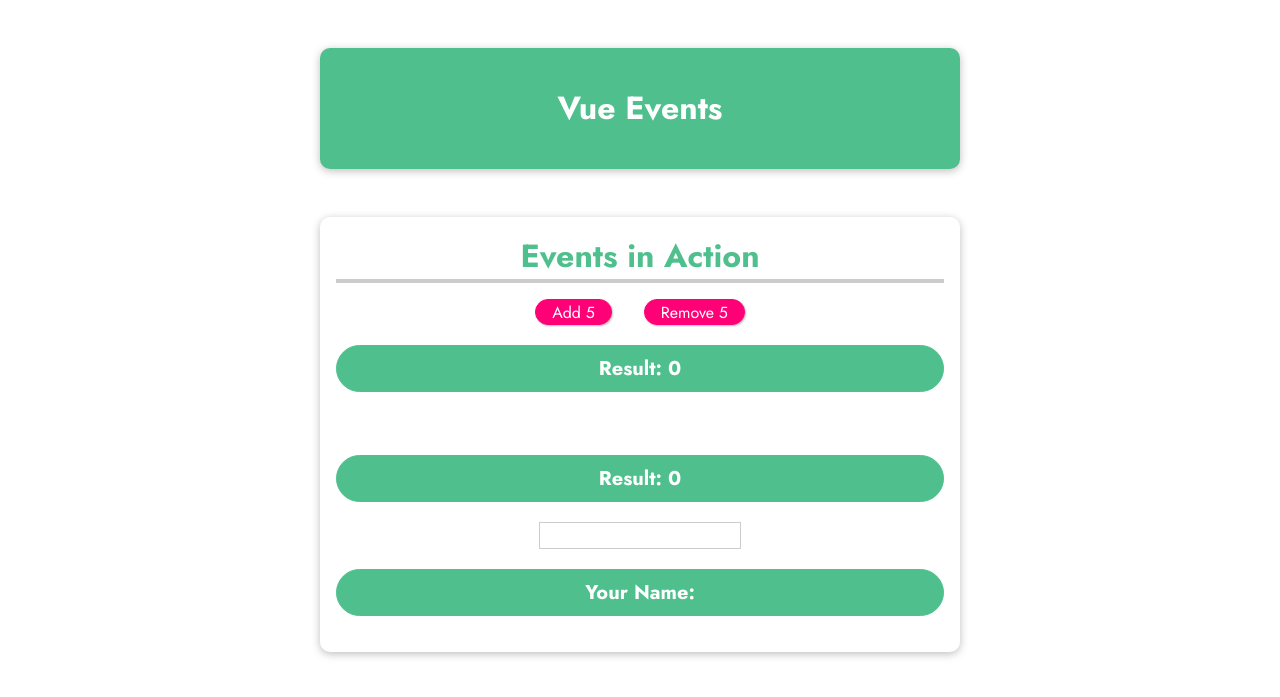
Repository: zmarkoni/Vue-The-Complete-Guide
Page: basics-03-events-starting-code/index.html
The author's editor kept a copy of each file at every save. The page is drawn from the files as they stood at one save, then again after the next save.
The browser window is 1280 px wide. The pictures show the whole page.

Above is the page before, as saved 2020-12-29 17:48:42.

### basics-03-events-starting-code/index.html
<!DOCTYPE html>
<html lang="en">
  <head>
    <meta charset="UTF-8" />
    <meta name="viewport" content="width=device-width, initial-scale=1.0" />
    <title>Vue Basics</title>
    <link
      href="https://fonts.googleapis.com/css2?family=Jost:wght@400;700&display=swap"
      rel="stylesheet"
    />
    <link rel="stylesheet" href="styles.css" />
    <script src="https://unpkg.com/vue@next" defer></script>
    <script src="app.js" defer></script>
  </head>
  <body>
    <header>
      <h1>Vue Events</h1>
    </header>
    <section id="events">
      <h2>Events in Action</h2>
      <button v-on:click="add(5)">Add 5</button>
      <button v-on:click="reduce(5)">Remove 5</button>
      <p>Result: {{ counter }}</p>
      </br>
      <p>Result: {{ counter }}</p>
      <input type="text" v-on:input="setName">
      <p>Your Name: {{ name }}</p>
    </section>
  </body>
</html>

### basics-03-events-starting-code/styles.css
* {
  box-sizing: border-box;
}

html {
  font-family: 'Jost', sans-serif;
}

body {
  margin: 0;
}

header {
  box-shadow: 0 2px 8px rgba(0, 0, 0, 0.26);
  margin: 3rem auto;
  border-radius: 10px;
  padding: 1rem;
  background-color: #4fc08d;
  color: white;
  text-align: center;
  width: 90%;
  max-width: 40rem;
}

#events {
  box-shadow: 0 2px 8px rgba(0, 0, 0, 0.26);
  margin: 3rem auto;
  border-radius: 10px;
  padding: 1rem;
  text-align: center;
  width: 90%;
  max-width: 40rem;
}

#events h2 {
  font-size: 2rem;
  border-bottom: 4px solid #ccc;
  color: #4fc08d;
  margin: 0 0 1rem 0;
}

#events p {
  font-size: 1.25rem;
  font-weight: bold;
  border: 1px solid #4fc08d;
  background-color: #4fc08d;
  color: white;
  padding: 0.5rem;
  border-radius: 25px;
}

#events input {
  font: inherit;
  border: 1px solid #ccc;
}

#events input:focus {
  outline: none;
  border-color: #1b995e;
  background-color: #d7fdeb;
}

#events button {
  font: inherit;
  cursor: pointer;
  border: 1px solid #ff0077;
  background-color: #ff0077;
  color: white;
  padding: 0.05rem 1rem;
  box-shadow: 1px 1px 2px rgba(0, 0, 0, 0.26);
  border-radius: 20px;
  margin: 0 1rem;
}

#events button:hover,
#events button:active {
  background-color: #ec3169;
  border-color: #ec3169;
  box-shadow: 1px 1px 4px rgba(0, 0, 0, 0.26);
}

### basics-03-events-starting-code/app.js
const app = Vue.createApp({
	data() {
		return {
      counter: 0,
      name: ''
		};
	},
	methods: {
    setName(event) {
      this.name = event.currentTarget.value;
    },
		add(num) {
			return (this.counter = this.counter + num);
		},
		reduce(num) {
			return (this.counter = this.counter - num);
		},
	},
});

app.mount('#events');

After the next save:
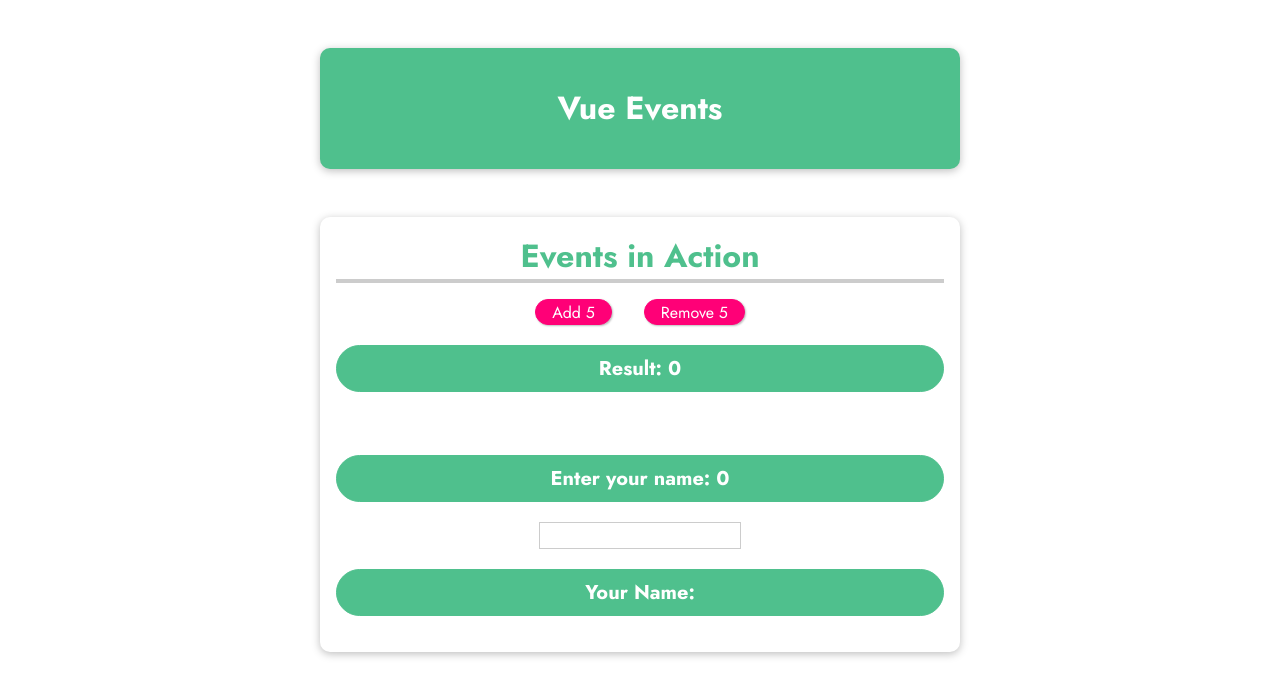
Saved 5 s later.
--- a/basics-03-events-starting-code/index.html
+++ b/basics-03-events-starting-code/index.html
@@ -22,7 +22,7 @@
       <button v-on:click="reduce(5)">Remove 5</button>
       <p>Result: {{ counter }}</p>
       </br>
-      <p>Result: {{ counter }}</p>
+      <p>Enter your name: {{ counter }}</p>
       <input type="text" v-on:input="setName">
       <p>Your Name: {{ name }}</p>
     </section>
